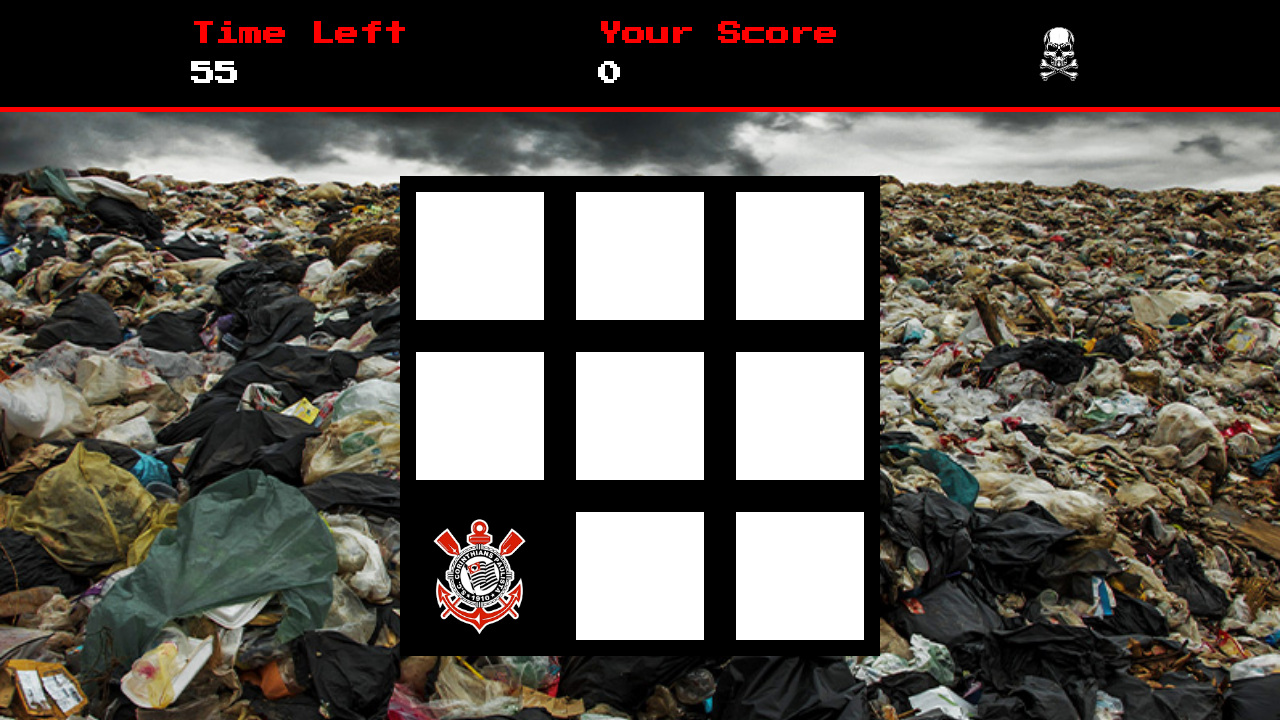
Repository: saulobeltrame/jogo-corinthians
Page: index.html
An editor plug-in stored every save of this project. The page is shown before and after a run of saves, followed by the edit.
The browser window is 1280 px wide. The pictures show the whole page.
Some web fonts or font styles are not loaded; a fallback is used.

Above is the page before, as saved 2024-11-20 22:32:36.

After the next 2 saves:
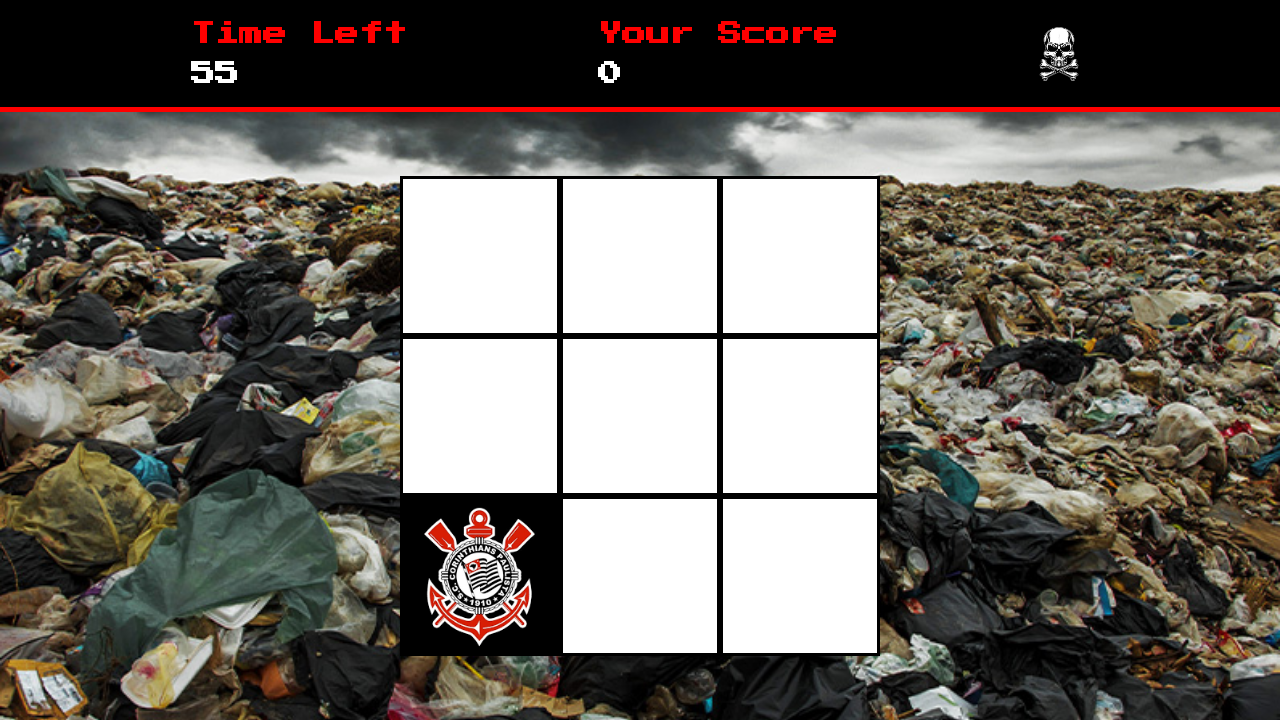
The 2 saves are shown as one change because they came seconds apart.
The last was saved 11 s later.
--- a/src/styles/main.css
+++ b/src/styles/main.css
@@ -29,7 +29,7 @@
 .square{
     height: 10rem;
     width: 10rem;
-    border: 1rem solid rgb(0, 0, 0);
+    border: 0.2rem solid rgb(0, 0, 0);
     background-color: #ffffff;
 }
 .enemy{
